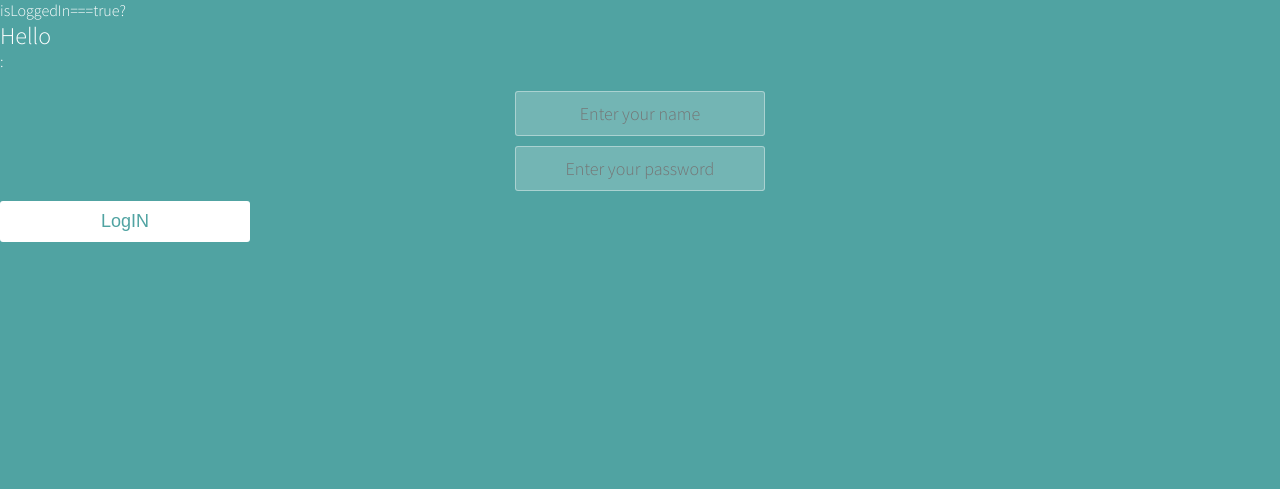
Repository: Sundaram-2001/my-app
Page: /
The author's editor kept a copy of each file at every save. The page is drawn from the files as they stood at one save, then again after the next save.
The browser window is 1280 px wide. The pictures show the whole page.
The project was rebuilt for these pictures with package versions that can differ from the ones it lists, and the page was loaded fresh each time.

Above is the page before, as saved 2023-01-14 15:52:41.

### src/components/App.jsx
import React from "react";
import Login from "./Login";

var isLoggedIn=true;


function App(){
  return(<div className="">
    isLoggedIn===true?<h2>Hello</h2>:<Login />
  </div>

  );
}

export default App;

### src/components/Login.jsx
import React from "react";
import Input from "./Input";

function Login(){
  return (
  <form className="form">
  <Input type="text" placeholder="Enter your name" />
  <Input type="password" placeholder="Enter your password"/>
    <button type="Submit">LogIN</button>
  </form>
  );
}

export default Login;

### public/styles.css
* {
  box-sizing: border-box;
  margin: 0;
  padding: 0;
  font-weight: 300;
}

body {
  font-family: "Source Sans Pro", sans-serif;
  color: white;
  font-weight: 300;
  background: #50a3a2;
  width: 100%;
  height: 100%;
}

.container {
  margin: 10% auto;
  padding: 80px 0;
  text-align: center;
}

.container h1 {
  font-size: 40px;
  font-weight: 200;
}

form {
  padding: 20px 0;
  position: relative;
}
form input {
  border: 1px solid rgba(252, 252, 252, 0.4);
  background-color: rgba(252, 252, 252, 0.2);
  width: 250px;
  border-radius: 3px;
  font-family: "Source Sans Pro", sans-serif;
  padding: 10px 15px;
  margin: 0 auto 10px auto;
  display: block;
  text-align: center;
  font-size: 18px;
  color: white;
  font-weight: 300;
}

form button {
  appearance: none;
  outline: 0;
  background-color: white;
  border: 0;
  padding: 10px 15px;
  color: #50a3a2;
  border-radius: 3px;
  width: 250px;
  font-size: 18px;
}

Loaded but not shown: public/index.html (common file); src/index.js (common file); src/components/Input.jsx (common file)

After the next save:
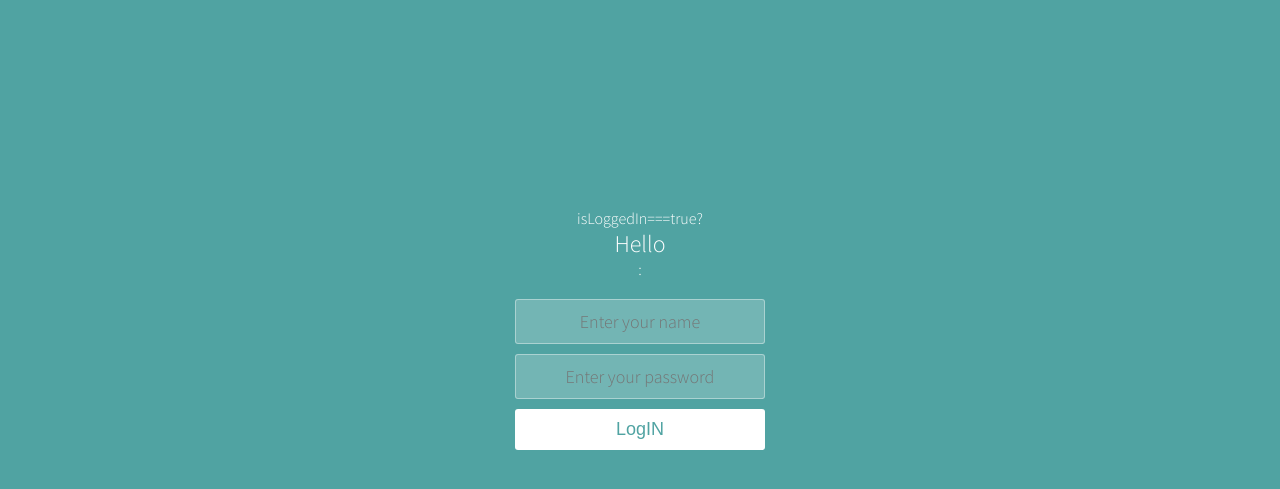
Saved 10 s later.
--- a/src/components/App.jsx
+++ b/src/components/App.jsx
@@ -5,7 +5,7 @@ var isLoggedIn=true;
 
 
 function App(){
-  return(<div className="">
+  return(<div className="container">
     isLoggedIn===true?<h2>Hello</h2>:<Login />
   </div>
 
